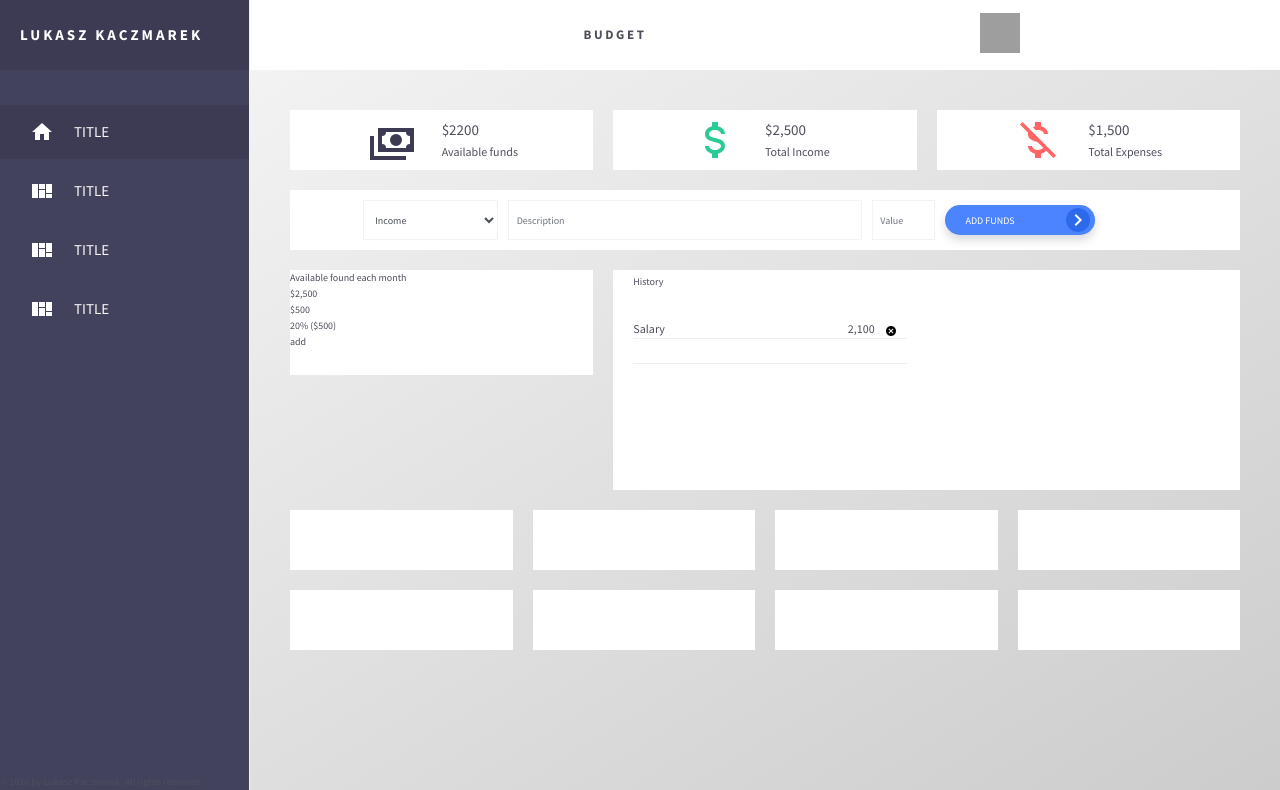
Repository: Archezi/BudgetApplication
Page: index.html
An editor plug-in stored every save of this project. The page is shown before and after the next save, followed by the edit.
The browser window is 1280 px wide. The pictures show the whole page.
Pictures or frames that could not be fetched are drawn as grey boxes. The style sheet was rebuilt from its Sass, Less or Tailwind sources for each picture, by a compiler version that may differ from the author's.

Above is the page before, as saved 2018-08-30 09:09:37.
Console error: TypeError: $(...).formSelect is not a function

### index.html
<!DOCTYPE html>
<html lang="en">
<head>
    <meta charset="UTF-8">
    <meta name="viewport" content="width=device-width, initial-scale=1.0">
    <meta http-equiv="X-UA-Compatible" content="ie=edge">
    <link href="https://fonts.googleapis.com/css?family=Source+Sans+Pro:300,400,700" rel="stylesheet">
    <!--Import Google Icon Font-->
    <link href="https://fonts.googleapis.com/icon?family=Material+Icons" rel="stylesheet">
    <!--Import materialize.css-->
    <link type="text/css" rel="stylesheet" href="css/bootstrap.min.css"  media="screen,projection"/>
    <!-- Website style.css-->
    <link rel="stylesheet" href="css/style.comp.css">

    <title>Budget Application</title>

</head>
<body>
   <div class="web__container">
        <header class="header">
            <div class="logo">
                <h1>Lukasz Kaczmarek</h1>
            </div>
            <div class="page_title">
                <h2>Budget</h2>
            </div>
            <div class="user-nav">
                <div class="user-nav__icon"></div>
                <div class="user-nav__profile">
                    <img src="https://source.unsplash.com/random/40x40" alt="">
                </div>
            </div>
        </header>

        <div class="content">
            <nav class="sidebar">
                <ul class="side-nav">
                    <li class="side-nav__item side-nav__item--active">
                        <a href="#" class="side-nav__link">
                                <svg class="side-nav__icon" style="width:24px;height:24px" viewBox="0 0 24 24">
                                    <path fill="#fff" d="M10,20V14H14V20H19V12H22L12,3L2,12H5V20H10Z" />
                                </svg>
                            <span>Title</span>
                        </a>
                    </li>
                    <li class="side-nav__item ">
                        <a href="#" class="side-nav__link">
                            <svg class="side-nav__icon" style="width:24px;height:24px" viewBox="0 0 24 24">
                                <path fill="#000000" d="M2,5V19H8V5H2M9,5V10H15V5H9M16,5V14H22V5H16M9,11V19H15V11H9M16,15V19H22V15H16Z" />
                            </svg>
                            <span>Title</span>
                        </a>
                    </li>
                    <li class="side-nav__item ">
                        <a href="#" class="side-nav__link">
                            <svg class="side-nav__icon" style="width:24px;height:24px" viewBox="0 0 24 24">
                                <path fill="#000000" d="M2,5V19H8V5H2M9,5V10H15V5H9M16,5V14H22V5H16M9,11V19H15V11H9M16,15V19H22V15H16Z" />
                            </svg>
                            <span>Title</span>
                        </a>
                    </li>
                    <li class="side-nav__item ">
                        <a href="#" class="side-nav__link">
                            <svg class="side-nav__icon" style="width:24px;height:24px" viewBox="0 0 24 24">
                                <path fill="#000000" d="M2,5V19H8V5H2M9,5V10H15V5H9M16,5V14H22V5H16M9,11V19H15V11H9M16,15V19H22V15H16Z" />
                            </svg>
                            <span>Title</span>
                        </a>
                    </li>
                </ul>

                <div class="legal">
                    &copy; 2018 by Lukasz Kaczmarek. All rights reserved.
                </div>
            </nav>

            <div class="main">

                <div class="overview">
                    <div class="total__available-funds">
                        <svg style="width:48px;height:48px" viewBox="0 0 24 24">
                            <path fill="#000000" d="M5,6H23V18H5V6M14,9A3,3 0 0,1 17,12A3,3 0 0,1 14,15A3,3 0 0,1 11,12A3,3 0 0,1 14,9M9,8A2,2 0 0,1 7,10V14A2,2 0 0,1 9,16H19A2,2 0 0,1 21,14V10A2,2 0 0,1 19,8H9M1,10H3V20H19V22H1V10Z" />
                        </svg>
                        <div class="total-funds">$2200</div>
                        <div class="total-funds-description">Available funds</div>
                    </div>
                    <div class="total__income">
                        <svg style="width:48px;height:48px" viewBox="0 0 24 24">
                            <path fill="#000000" d="M7,15H9C9,16.08 10.37,17 12,17C13.63,17 15,16.08 15,15C15,13.9 13.96,13.5 11.76,12.97C9.64,12.44 7,11.78 7,9C7,7.21 8.47,5.69 10.5,5.18V3H13.5V5.18C15.53,5.69 17,7.21 17,9H15C15,7.92 13.63,7 12,7C10.37,7 9,7.92 9,9C9,10.1 10.04,10.5 12.24,11.03C14.36,11.56 17,12.22 17,15C17,16.79 15.53,18.31 13.5,18.82V21H10.5V18.82C8.47,18.31 7,16.79 7,15Z" />
                        </svg>
                        <div class="total__income-funds">$2,500</div>
                        <div class="total__income-description">Total Income</div>

                    </div>
                    <div class="total__expenses">
                        <svg style="width:48px;height:48px" viewBox="0 0 24 24">
                            <path fill="#000000" d="M3,4.27L4.28,3L21,19.72L19.73,21L16.06,17.33C15.44,18 14.54,18.55 13.5,18.82V21H10.5V18.82C8.47,18.31 7,16.79 7,15H9C9,16.08 10.37,17 12,17C13.13,17 14.14,16.56 14.65,15.92L11.68,12.95C9.58,12.42 7,11.75 7,9C7,8.77 7,8.55 7.07,8.34L3,4.27M10.5,5.18V3H13.5V5.18C15.53,5.69 17,7.21 17,9H15C15,7.92 13.63,7 12,7C11.63,7 11.28,7.05 10.95,7.13L9.4,5.58L10.5,5.18Z" />
                        </svg>
                        <div class="total__expenses-funds">$1,500</div>
                        <div class="total__expenses-description">Total Expenses</div>

                    </div>
                </div>
                <div class="input__section-wrapper">
                    <div class="input__section">
                        <select  class="form-control input__type ">
                            <!-- <option value="" >Choose type</option> -->
                            <option class="input__option" value="inc">Income</option>
                            <option class="input__option" value="exp">Expense</option>
                        </select>
                        <input placeholder="Description" class="form-control input__description" type="text">
                        <input placeholder="Value" class="form-control input__value" type="text">
                        <button class="shadow btn input__btn add__btn">Add Funds
                                <svg style="width:24px;height:24px" viewBox="0 0 24 24">
                                    <path fill="#000000" d="M8.59,16.58L13.17,12L8.59,7.41L10,6L16,12L10,18L8.59,16.58Z" />
                                </svg>
                        </button>
                    </div>
                </div>




                <div class="budget">
                    <div class="available-funds-panel">
                        <div class="available-funds__title">Available found each month</div>
                        <div class="available-found__value">$2,500</div>
                        <div class="available-found__deposit">$500</div>
                        <div class="available-found__deposit--percentage">20% ($500)</div>
                        <div class="available-found__btn add__btn">
                            <i></i>add
                        </div>
                    </div>

                    <div class="history-panel">
                        <div class="history-panel--title">History</div>
                        <div class="history__income-container">

                            <div class="history__income-list-item">
                                <div class="history__income-left">Salary</div>
                                <div class="history__income-right">
                                    <div class="item__value">2,100</div>
                                    <div class="item__delete">
                                        <button type="button" class="item__delete--btn  ">
                                                <svg style="width:12px;height:12px" viewBox="0 0 24 24">
                                                    <path fill="#000000" d="M12,2C17.53,2 22,6.47 22,12C22,17.53 17.53,22 12,22C6.47,22 2,17.53 2,12C2,6.47 6.47,2 12,2M15.59,7L12,10.59L8.41,7L7,8.41L10.59,12L7,15.59L8.41,17L12,13.41L15.59,17L17,15.59L13.41,12L17,8.41L15.59,7Z" />
                                                </svg>
                                        </button>
                                    </div>
                                </div>
                            </div>
                            <div class="history__income-list-item">

                            </div>


                        </div>


                        <div class="history__expense-container"></div>

                    </div>

                </div>
                <div class="statistics">
                    <div class="net-profit-panel"></div>
                    <div class="tax-panel"></div>
                    <div class="savings-panel"></div>
                    <div class="projections"></div>

                </div>
                <div class="statistics">
                    <div class="net-profit-panel"></div>
                    <div class="tax-panel"></div>
                    <div class="savings-panel"></div>
                    <div class="projections"></div>

                </div>



            </div>


        </div>




   </div>

   <!-- Compiled and minified JavaScript -->
   <script src="js/jquery.min.js"></script>
   <script src="js/bootstrap.js"></script>
   <!-- <script src="https://cdnjs.cloudflare.com/ajax/libs/materialize/1.0.0-rc.2/js/materialize.min.js"></script> -->
   <script src="js/myscript.js"></script>
</body>
</html>

### js/myscript.js
$(document).ready(function(){
    $('select').formSelect();
  });

### sass/main.scss
@import "base/reset";
@import "base/base";
@import "base/typography";

@import "abstracts/variables";
@import "components/mainComponent";
@import "components/layout";

### sass/base/_base.scss
:root {
    --color-primary: #eb2f64;
    --color-primary-light: #FF3366;
    --color-primary-dark: #BA265D;

    --color-background-dark: #3C3B53;
    --color-background-light: #43425D;

    --color-grey-light-1: #faf9f9;
    --color-grey-light-2: #f4f2f2;
    --color-grey-light-3: #f0eeee;
    --color-grey-light-4: #ccc;

    --color-grey-dark-1: #333;
    --color-grey-dark-2: #4D4F5C;
    --color-grey-dark-3: #999;
    --color-white: #fff;
    --shadow-dark: 0 2rem 6rem rgba(0,0,0,.3);
    --shadow-light: 0 2rem 5rem rgba(0,0,0,.06);


    --button-primary-blue: #4c84ff;
    --button-primary-blue-darker: #2d69eb;
    --button-secondary-green: #2bcb98;
    --button-secondary-red: #FF6565;

    --line: 1px solid var(--color-grey-light-2);
}

$bp-largest: 75em;     // 1200px
$bp-large: 68.75em;    // 1100px
$bp-medium: 56.25em;   // 900px
$bp-small: 37.5em;     // 600px
$bp-smallest: 31.25em; // 500px

* {
    margin: 0;
    padding: 0;
}

*,
*::before,
*::after {
    box-sizing: inherit;
}

html {
    box-sizing: border-box;
    font-size: 62.5%; // 1rem = 10px, 10px/16px = 62.5%

    @media only screen and (max-width: $bp-large) {
        font-size: 50%;
    }
}

body {


    color: var(--color-grey-dark-2);
    background-image: linear-gradient(to right bottom, var(--color-grey-light-1), var(--color-grey-light-4));
    background-size: cover;
    background-repeat: no-repeat;

    min-height: 100vh;
}

### sass/base/_typography.scss
body {

    font-weight: 400;
    line-height: 1.6;
    font-family: 'Source Sans Pro', sans-serif;
    text-rendering: optimizeLegibility;
    -webkit-font-smoothing: antialiased;

}

### sass/abstracts/_variables.scss
$header-height: 7rem;
$sidebar-width: 25rem;
$main: calc(4rem + $header-height );
$fraction: 1fr;

### sass/components/_mainComponent.scss

//////////////////////////////////////////
// Header

.logo {
    width: 25rem;
    padding: 0 2rem;

    border-right: var(--line);
    background: var(--color-background-dark);
    h1 {

        align-self: center;
        font-size: 1.5rem;
        font-weight: 700;
        line-height: 2rem;
        letter-spacing: 0.2em;
        text-transform: uppercase;
        padding: 2.5rem 0;
        color: var(--color-white);

    }
}
.page_title {
    width: 30rem;
    text-align: center;
    h2 {
        font-size: 1.3rem;
        font-weight: 700;
        letter-spacing: 0.2em;
        text-transform: uppercase;
    }
}
.user-nav {
    width: 30rem;
}
.side-nav {
    font-size: 1.5rem;
    list-style: none;
    margin-top: 3.5rem;

    &__item {
        position: relative;
        float: none;
        &:not(:last-child) {
            margin-bottom: .5rem;
        }
    }
    &__item::before {
        content: "";
        position: absolute;
        top: 0;
        left: 0;
        height: 100%;
        width: 3px;
        background-color: var(--color-background-dark);
        transform: scaleY(0);
        transition: transform .2s,
                    width .4s cubic-bezier(1,0,0,1) .2s,
                    background-color .1s;
    }

    &__item:hover::before,
    &__item--active::before {
        transform: scaleY(1);
        width: 100%;
    }

    &__item:active::before {
        background-color: var(--color-background-light);
    }

    &__link:link,
    &__link:visited {
        color: var(--color-grey-light-1);
        text-decoration: none;
        text-transform: uppercase;
        display: block;
        padding: 1.5rem 3rem;
        position: relative;
        z-index: 10;

        display: flex;
        align-items: center;

        @media only screen and (max-width: $bp-medium) {
            justify-content: center;
            padding: 2rem;
        }

        @media only screen and (max-width: $bp-small) {
            flex-direction: column;
            padding: 1.5rem .5rem;
        }
    }

    &__icon {
        width: 1.75rem;
        height: 1.75rem;
        margin-right: 2rem;
        fill: currentColor;
        path {
            fill: #fff;
        }
        @media only screen and (max-width: $bp-small) {
            margin-right: 0;
            margin-bottom: .7rem;
            width: 1.5rem;
            height: 1.5rem;
        }
    }
}

////////////////////////////////////////
// INPUT BAR
.input {
    &__section-wrapper {

    }
    &__section {

        .form-control {

            border-radius: 0;
            border-color: var(--color-grey-light-2);
        }
    }
    &__type {

    }
    &__description {

    }
    &__value {

    }
    &__option {
        width: 100%;
    }
    &__btn {
        position: relative;
        border-radius: 3rem;
        width: 15rem;
        height: 3rem;
        color: var(--color-white);
        background: var(--button-primary-blue);
        text-align: left;
        text-transform: uppercase;
        padding-left: 2rem;
        svg {
            position: absolute;
            top: 50%;
            right: .4rem;
            background-color: var(--button-primary-blue-darker);
            border-radius: 50%;
            transform: translateY(-50%);
            path { fill: var(--color-white);}

            &::before {
                width: 1rem;
                height: 1rem;
                padding: 1rem;
                border-radius: 50%;
                background: blue;
            }
        }
    }

}

### sass/components/_layout.scss
.web__container {
    max-width: 100% !important;
    min-height: 100vh;
    margin: 0 auto;

}

.header {
    height: $header-height;
    background: var(--color-white);
    position: fixed;
    top: 0;
    width: 100%;
    display: flex;
    justify-content: space-between;
    align-items: center;
    z-index: 1000;
}
.content {

}

///////////////////////////////////////
// SIDEBAR

.sidebar {
    border-right: var(--line);
    background-color: var(--color-background-light);
    position: fixed;
    left: 0;
    top: 0;
    width: 25rem;
    margin-top: $header-height;
    // width: 25rem;
    display: flex;
    flex-direction: column;
    justify-content: space-between;
    min-height: calc(100vh );
    z-index: 999;
}

//////////////////////////////////////////
// MAIN
.main {
    margin-top: $header-height;
    padding: 4rem 4rem 7rem 29rem;
    width: 100%;
    min-height: calc(100vh - 7rem);
    display: grid;
    grid-gap: 2rem;
    grid-auto-rows: minmax(5rem, auto);



    ////////////////////////////////////////
    // OVERVIEW
    .overview {
        display: grid;
        grid-gap: 2rem;
        grid-template-columns: repeat(3, 1fr);

        & > * {
            background: var(--color-white);
        }

        .total {
            &__available-funds {
                display: grid;
                grid-template-columns: 10rem 10rem;
                grid-auto-rows: auto;
                align-items: center;
                justify-content: center;
                svg {
                    justify-self: center;
                    grid-row: span 2;
                    path {
                        fill: var(--color-background-dark);
                    }
                }
            }
            &-funds {
                font-size: 1.5rem;
                font-weight: 400;
                align-self: end;
            }
            &-funds-description {
                font-size: 1.2rem;
                font-weight: 400;
                align-self: start;
            }

            &__income {

                display: grid;
                grid-template-columns: 10rem 10rem;
                grid-auto-rows: auto;
                align-items: center;
                justify-content: center;

                svg {
                    justify-self: center;
                    grid-row: span 2;
                    path {
                        fill: var(--button-secondary-green);
                    }
                }
                &-funds {
                    font-size: 1.5rem;
                    font-weight: 400;
                    align-self: end;
                }
                &-description {
                    font-size: 1.2rem;
                    font-weight: 400;
                    align-self: start;
                }
            }
            &__expenses {
                display: grid;
                grid-template-columns: 10rem 10rem;
                grid-auto-rows: auto;
                align-items: center;
                justify-content: center;

                svg {
                    justify-self: center;
                    grid-row: span 2;
                    path {
                        fill: var(--button-secondary-red);
                    }


                }
                &-funds {
                    font-size: 1.5rem;
                    font-weight: 400;
                    align-self: end;
                }
                &-description {
                    font-size: 1.2rem;
                    font-weight: 400;
                    align-self: start;
                }
            }
        }


    }

    ////////////////////////////////////////
    // INPUT BAR
    .input {
        &__section-wrapper {
            display: grid;

            background: var(--color-white);
            align-content: center;
            justify-content: center;

        }
        &__section {
            display: grid;
            grid-gap: 1rem;
            grid-template-columns: repeat(12, 1fr);
            align-items: center;

            .form-control {
                height: 4rem;
                border-radius: 0;
                border-color: var(--color-grey-light-2);
            }
        }
        &__type {
            grid-column: 2 / span 2;
        }
        &__description {
            grid-column: 4 / span 5;
        }
        &__value {
            grid-column: 9 / span 1;
        }
        &__btn {
            grid-column: 10 / span 1;

        }

    }
    ////////////////////////////////////////
    // BUDGET
    .budget {
        display: grid;
        grid-gap: 2rem;
        grid-template-columns: repeat(3, 1fr);
        grid-row: span 3;
        & > * {
            background: var(--color-white);
        }

        ////////////////////////////////////////
        // BUDGET - STATISTICS
        .history-panel {
            grid-column: 2 / span 2;
            grid-row: 1/ span 3;
            display: grid;
            grid-template-columns: 1fr 1fr;
            grid-template-rows: 1fr 8fr;
            &--title {
                grid-column: span 2;
                align-self: center;
                padding:0 2rem;
            }

        }
        .history__income {
            &-container {
                padding: 2rem;
            }
            &-list-item {
                margin: 0.5rem 0;
                font-size: 1.2rem;
                line-height: 1.4em;
                display: grid;
                grid-template-columns: repeat(4, 1fr);
                justify-content: space-between;
                align-items: center;
                height: 2rem;
                border-bottom:0.05rem solid var(--color-grey-light-3);
            }
            &-left {
                grid-column: span 3;
                margin: 0.2rem 0;
            }
            &-right {
                justify-self: end;
                display: grid;
                grid-column: span 1;
                grid-auto-flow: column;
                .item__value {

                }
                .item__delete {
                    padding: 0 1rem;
                    .item__delete--btn {
                        background: transparent;
                        border: none;
                    }
                }
            }
        }
    }
    ////////////////////////////////////////
    // BUDGET - STATISTICS
    .statistics {
        display: grid;
        grid-gap: 2rem;
        grid-template-columns: repeat(4, 1fr);

        & > * {
            background: var(--color-white);
        }

    }
}


//////////////////////////////////////////////@at-root
// Footer
.footer {
    position: absolute;
    bottom: 0;
    background: var(--color-white);
    z-index: 1;
    height: $header-height;
    width: calc(100%);
    z-index: 100;
}

Loaded but not shown: css/bootstrap.min.css (library); js/jquery.min.js (library); js/bootstrap.js (library); sass/base/_reset.scss (common file)

After the next save:
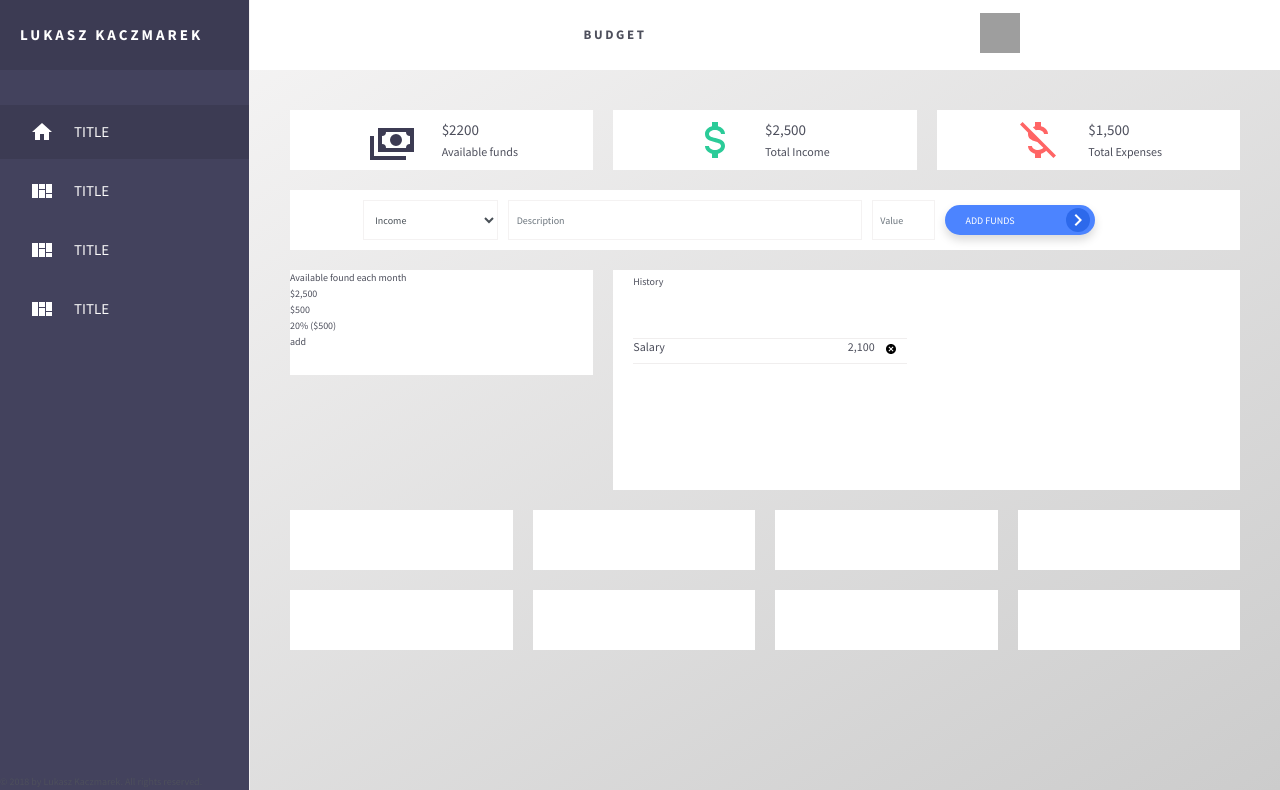
Saved 7 s later.
--- a/sass/components/_layout.scss
+++ b/sass/components/_layout.scss
@@ -228,7 +228,7 @@
             }
             &-left {
                 grid-column: span 3;
-                margin: 0.2rem 0;
+                margin: 2rem 0;
             }
             &-right {
                 justify-self: end;
